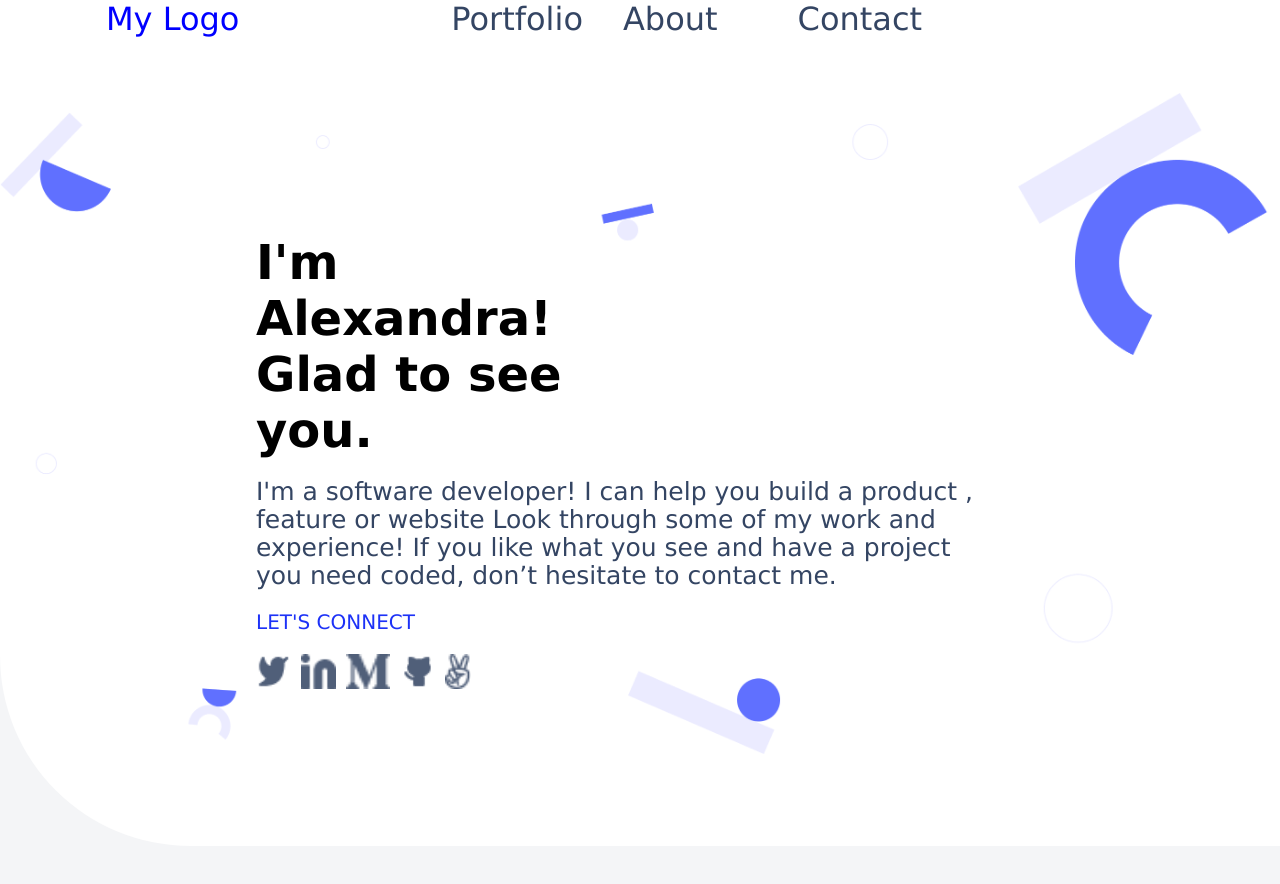
Repository: usman3123/portfolio-template-3
Page: portfolio.html
An editor plug-in stored every save of this project. The page is shown before and after the next save, followed by the edit.
The browser window is 1280 px wide. The pictures show the whole page.
Some icons come from a web library that is not loaded, so they are not drawn. Some web libraries are served in a nearby version.

Above is the page before, as saved 2025-01-23 22:22:08.

### portfolio.html
<!DOCTYPE html>
<html lang="en">
<head>
  <meta charset="UTF-8">
  <meta name="viewport" content="width=device-width, initial-scale=1.0">
  <title>project 2</title>
  <link rel="stylesheet" href="style.css">
  <link href='https://unpkg.com/boxicons@2.1.4/css/boxicons.min.css' rel='stylesheet'>
  <link rel="stylesheet" href="https://cdnjs.cloudflare.com/ajax/libs/font-awesome/6.6.0/css/all.min.css" integrity="sha512-Kc323vGBEqzTmouAECnVceyQqyqdsSiqLQISBL29aUW4U/M7pSPA/gEUZQqv1cwx4OnYxTxve5UMg5GT6L4JJg==" crossorigin="anonymous" referrerpolicy="no-referrer" />
  <link rel="stylesheet" href="https://cdnjs.cloudflare.com/ajax/libs/font-awesome/6.6.0/css/all.min.css" integrity="sha512-Kc323vGBEqzTmouAECnVceyQqyqdsSiqLQISBL29aUW4U/M7pSPA/gEUZQqv1cwx4OnYxTxve5UMg5GT6L4JJg==" crossorigin="anonymous" referrerpolicy="no-referrer" />

  <link rel="stylesheet" href="https://cdnjs.cloudflare.com/ajax/libs/font-awesome/6.7.2/css/all.min.css">
  <link rel="preconnect" href="https://fonts.googleapis.com">
<link rel="preconnect" href="https://fonts.gstatic.com" crossorigin>
<link href="https://fonts.googleapis.com/css2?family=Poppins:ital,wght@0,100;0,200;0,300;0,400;0,500;0,600;0,700;0,800;0,900;1,100;1,200;1,300;1,400;1,500;1,600;1,700;1,800;1,900&display=swap" rel="stylesheet">
</head>

<body>

  <!-- Navbar -->

 <div class="hero-page">
   <div class="nav-head">
    <nav class="navbar flex">
      <p class="mainlogoo">My Logo</p>
      <div class="nav-links flex">
        <a href="#myportfolio" style="text-decoration: none;" class="link">Portfolio</a>
        <a href="#myabout" style="text-decoration: none;" class="link">About<a>
        <a href="#mycontact" style="text-decoration: none;" class="link">Contact<a>
      </div>
      <i class="fa-sharp fa-light fa-bars" id="menu-icon"></i>
    </nav>
   </div>

  <!-- Main Content -->
  <section id="myportfolio" class="hero-section flex">
    <div class="hero-content flex">
        <h1 class="hero-head"> I'm Alexandra!
          Glad to see you.
      </h1>
      <p class="hero-p">
         I'm a software developer! I can help you build a product , feature or website Look through  some of my work and experience! If you like what you see and have a project you need coded, don’t hesitate to contact me.
      </p>
     <p class="let-connect"> LET'S CONNECT</p>

      <div class="icons flex">
          <img src="/assets/twitter.png" class="media-icon">
          <img src="assets/Linkedin.png" class="media-icon">
          <img src="assets/M.png" class="media-icon">
          <img src="assets/Github.png" class="media-icon">
          <img src="assets/V.png" class="media-icon">
      </div>
    </div>
  </section>

 </div>
  <!-- Cards Section -->

  <!-- <section class="cards flex">
  </section>

  <div class="page">
    </div>
     -->


   <!-- ABOUT MYSELF -->

  <!-- <section id="myabout" class="about flex">

    <div class="about-intro flex">
      <h1 style="font-size: 40px;">About Myself</h1>
      <p class="about-paragraph">Hello I'm a software developer! I can help you build a product , feature or website Look through some of my work and experience! If you like what you see and have a project you need coded, don't hesitate to contact me.</p>
        <p class="let-connect">Let's Connect</p>
        <div class="icons flex icon-gap">
          <img src="assets/twitter.png" class="twitter">
          <img src="assets/Linkedin.png" class="inimage">
          <img src="assets/M.png" class="mimage">
          <img src="assets/Github.png" class="tomimage">
          <img src="assets/V.png" class="protocol">
      </div>
      <button class="button rsm-btn"> Get my resume</button>
    </div>

    <div class="about-skills flex">
      <div class="about-all flex">
        <p>Languages</p>
        <i class='bx bx-chevron-down'></i>
      </div>
      <div class="about-lang flex">
        <div class="about-lang-img flex">
          <i class="fa-brands fa-js" style="color: #ff0000;"></i>
          <p>JavaScript</p>
        </div>
        <div class="about-lang-img flex">
          <i class="fa-brands fa-html5" style="color: #FFD43B;"></i>
          <p>Html</p>

        </div>
        <div class="about-lang-img flex">
          <i class="fa-brands fa-css3-alt" style="color: #74C0FC;"></i>
          <p>css</p>
        </div>
      </div>
      <div class="about-all flex">
        <p> Frameworks</p>
        <i class='bx bx-chevron-right'></i>
      </div>
      <div class="about-all flex">
        <p>Skills</p>
        <i class='bx bx-chevron-right'></i>
        </div>
        </div>
        <div class="contact-section flex">
            <h4 class="contact-paragraph">I'm always interested in hearing about new projects, so if you'd like to chat please get in touch.</h4>
            <form action="submit-form" class="contact-form flex">
                <div class="names flex">
                    <input type="text" placeholder="Full name" class="first-name">
                    <input type="text" placeholder="last name" class="last-name">
      </div>
        <div class="contact-section flex">
            <h4 class="contact-paragraph">I'm always interested in hearing about new projects, so if you'd like to chat please get in touch.</h4>
            <form action="submit-form" class="contact-form flex">
                <div class="names flex">
                    <input type="text" placeholder="Full name" class="first-name">
                    <input type="text" placeholder="last name" class="last-name">
    </div>
  </section> -->

  <!-- Contact section -->

  <!-- <section id="mycontact" class="contact-section">
    <h1 class="contact-heading">Contact Me</h1>
    <p class="contact-description">
        If you have an application you are interested in developing, a feature that you need built, or a project that needs coding, I'd love to help with it!
    </p>
    <form class="contact-form">
        <input class="form-input" type="text" placeholder="Your Name">
        <input class="form-input" type="email" placeholder="Your Email">
        <textarea class="form-message" placeholder="Write your message here..."></textarea>
        <button class="form-button">Get in Touch</button>
    </form>

</section>

</main> -->

<script src="index.js"></script>
</body>
</html>

### style.css
*{
    margin: 0;
    padding: 0;
    box-sizing: border-box;
}
body {
    font-family: Verdana, Geneva, Tahoma, sans-serif;
    background-color: #f4f5f7;
}
.flex {
    display: flex;
}
.navbar {
    justify-content: space-around;
}
.mainlogoo {
    font-size: 2rem;
    color: blue;
}
.nav-links {
    gap: 40px;
    font-size: 2rem;
}
.link {
    color: #344563;
}
#menu-icon {
    /* display: none; */
}
.hero-page {
    background-color: white;
    border-bottom-left-radius: 190px;
    background-image: url(/assets/Header\ bg@2x.png);
    background-size: contain;
    max-height: 846px;
    background-position: center;
    background-repeat: no-repeat;
}
.hero-section {
    height: 846px;
    align-items: center;
    justify-content: center;
    padding-left: 20%;
}
.hero-content {
    flex-direction: column;
    gap: 20px;
}
.hero-head {
    font-size: 48px;
    font-weight: 700;
    width: 35%;
}
.hero-p {
    font-size: 25px;
    line-height: 28px;
    color: #344563;

    width: 73%;
}
.let-connect {
    color: #1d32f7;
    font-size: 20px;
    font-weight: 500;
    line-height: 24px;
}
.media-icon {
    height: 35px;
}
.icons {
    gap: 10px;
}
.nav-head {
    max-width: 1440px;
}

Loaded but not shown: index.js (no copy from this time; the picture is the same without it)

After the next save:
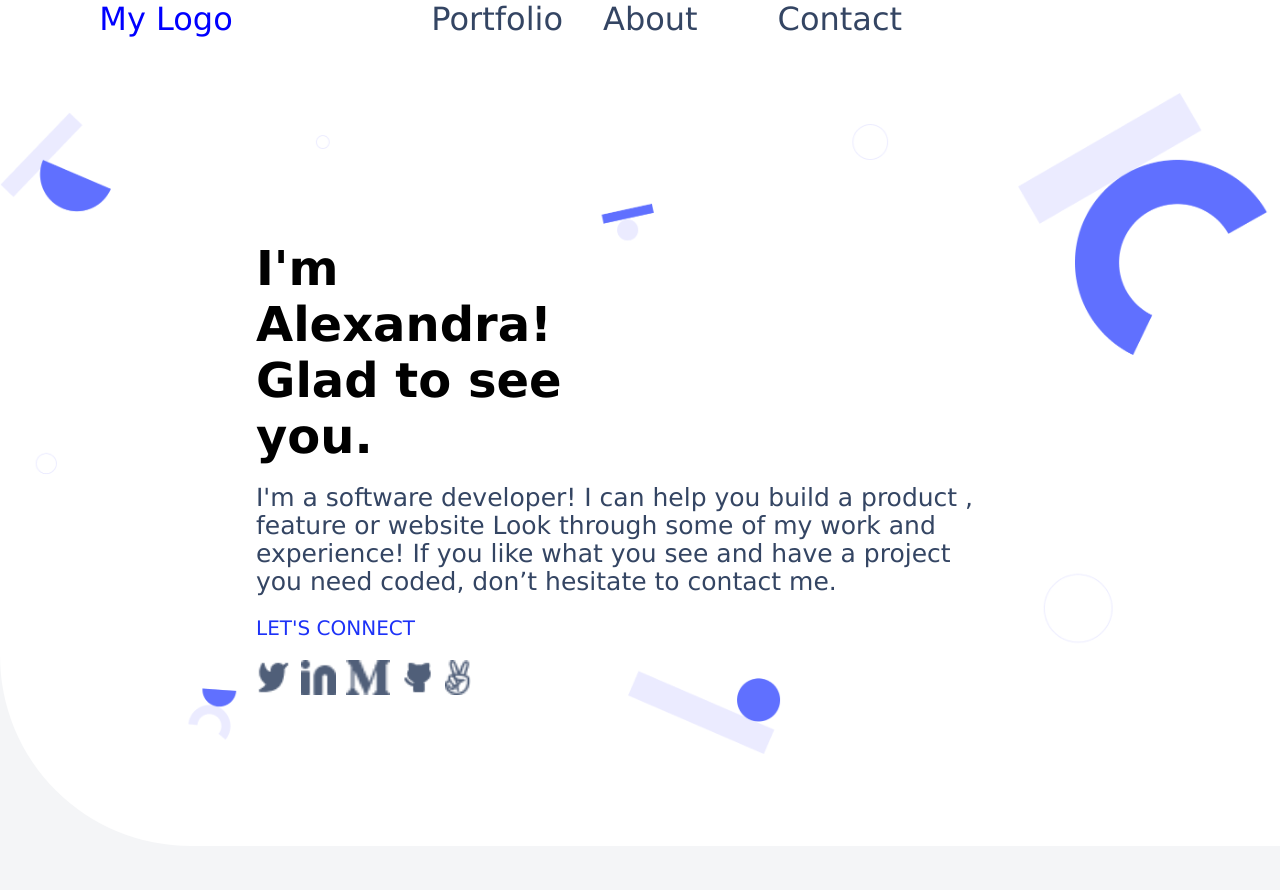
Saved 54 s later.
--- a/portfolio.html
+++ b/portfolio.html
@@ -28,7 +28,7 @@
         <a href="#myabout" style="text-decoration: none;" class="link">About<a>
         <a href="#mycontact" style="text-decoration: none;" class="link">Contact<a>
       </div>
-      <i class="fa-sharp fa-light fa-bars" id="menu-icon"></i>
+      <img src="/assets/Enabled.png" alt="">
     </nav>
    </div>
 
